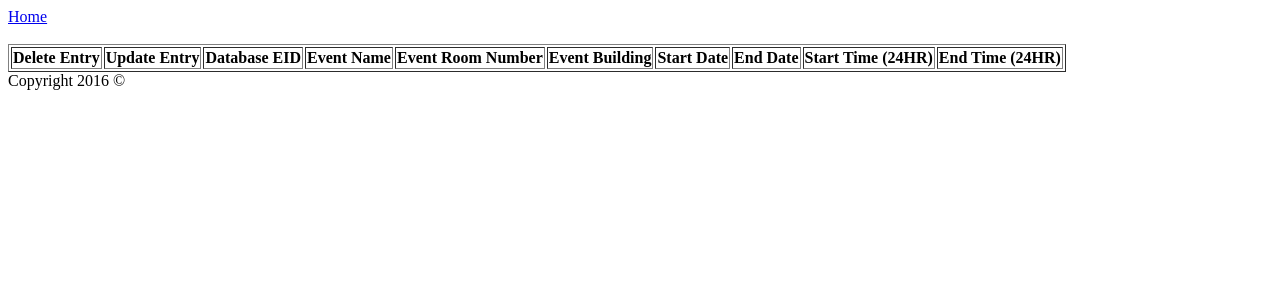
Repository: Proziee/HungerNiner-Web
Page: http://localhost/
The author's editor kept a record of every edit. The page is drawn from the files as they stood at one moment, then again after the next edit.
The browser window is 1280 px wide. The pictures show the whole page.
The page is run by PHP 8.4 with error messages shown; the project is at /var/www/html/. Queries for data that is not in the repository find no rows.

Above is the page before.

After the next edit:
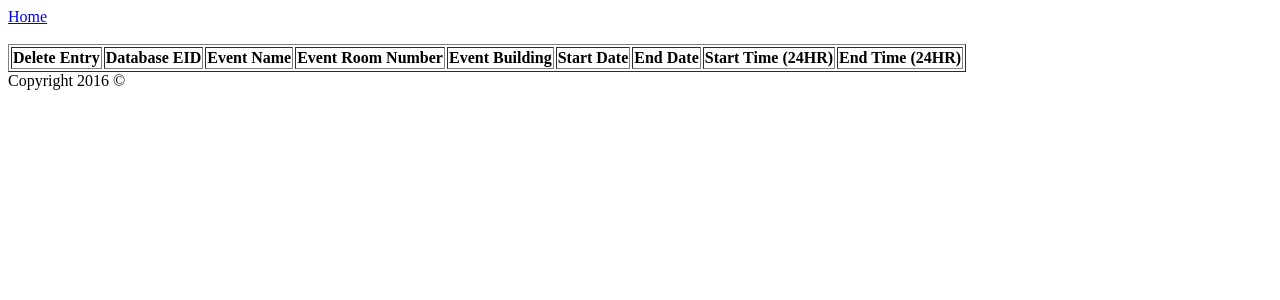
The edit:
--- a/Index.php
+++ b/Index.php
@@ -27,7 +27,6 @@
         echo "<table class='eventTable' border='1'>
         <tr>
         <th>Delete Entry</th>
-        <th>Update Entry</th>
         <th>Database EID</th>
         <!--<th>Event Number</th> -->
         <th>Event Name</th>
